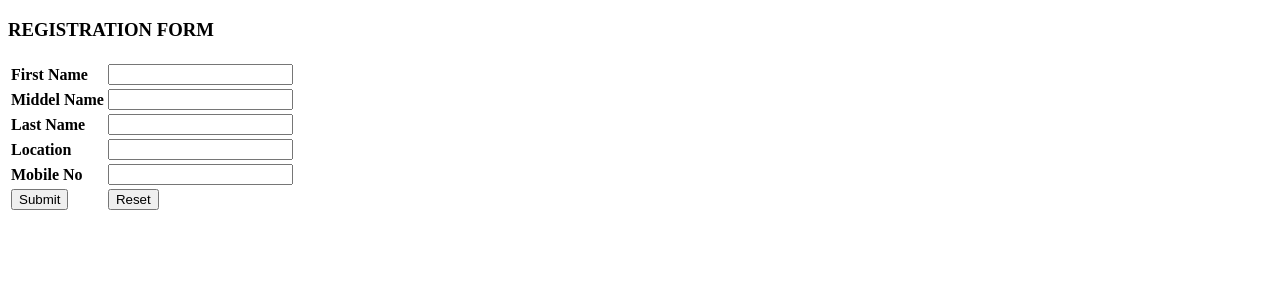
Repository: nosranijuned/WebRegister
Page: WebRegister/WebContent/index.html
These files come from the project's save history. The page is drawn as it stood at one moment and after the next save; the edit follows.
The browser window is 1280 px wide. The pictures show the whole page.

Above is the page before, as saved 2019-03-11 11:05:36.

### WebRegister/WebContent/index.html
<!DOCTYPE html>
<html>
<head>
<meta charset="ISO-8859-1">
<title>Insert title here</title>
<script type="text/javascript">
function GEEKFORGEEKS()
{
    var fname = document.forms["RegForm"]["fname"];
    var mname = document.forms["RegForm"]["mname"];
    var lname = document.forms["RegForm"]["lname"];
    var location =  document.forms["RegForm"]["loc"];
    var mobile = document.forms["RegForm"]["mob"];

    var nregx = /^[a-zA-Z ]+$/;

    if (fname.value == "" && nregx.test(fname.value))
    {
        window.alert("Please enter your first name.");
        fname.focus();
        return false;
    }

    if (mname.value == "")
    {
        window.alert("Please enter your middle name.");
        mname.focus();
        return false;
    }

    if (fname.value == "")
    {
        window.alert("Please enter your last name.");
        fname.focus();
        return false;
    }

     if (location.value == "")
    {
        window.alert("Please enter your location.");
        location.focus();
        return false;
    }

    if (mobile.value == "")
    {
        window.alert("Please enter your mobile no");
        mobile.focus();
        return flase;
    }
   return true;
}
</script>
</head>
<body>
	<form action="" onsubmit="return GEEKFORGEEKS()" method="post">
		<table>
			<tr><h3>REGISTRATION FORM </h3></tr>
			<tr><td><b>First Name</b></td><td><input type="text" name="fname"></td></tr>
			<tr><td><b>Middel Name</b></td><td><input type="text" name="mname"></td></tr>
			<tr><td><b>Last Name</b></td><td><input type="text" name="lname"></td></tr>
			<tr><td><b>Location</b></td><td><input type="text" name="loc"></td></tr>
			<tr><td><b>Mobile No</b></td><td><input type="text" name="mob"></td></tr>
			<tr><td><input type="submit" value="Submit"></td><td><input type="reset" value="Reset"></td></tr>
		</table>
	</form>
</body>
</html>

After the next save:
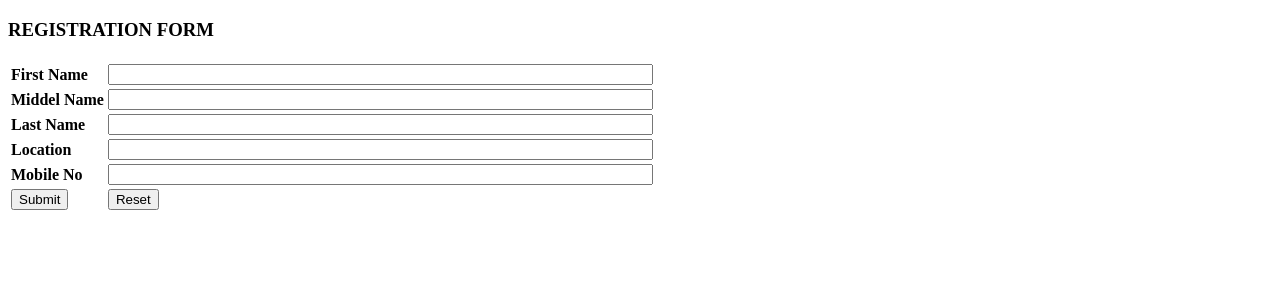
Saved 47 s later.
--- a/WebRegister/WebContent/index.html
+++ b/WebRegister/WebContent/index.html
@@ -56,11 +56,11 @@ function GEEKFORGEEKS()
 	<form action="" onsubmit="return GEEKFORGEEKS()" method="post">
 		<table>
 			<tr><h3>REGISTRATION FORM </h3></tr>
-			<tr><td><b>First Name</b></td><td><input type="text" name="fname"></td></tr>
-			<tr><td><b>Middel Name</b></td><td><input type="text" name="mname"></td></tr>
-			<tr><td><b>Last Name</b></td><td><input type="text" name="lname"></td></tr>
-			<tr><td><b>Location</b></td><td><input type="text" name="loc"></td></tr>
-			<tr><td><b>Mobile No</b></td><td><input type="text" name="mob"></td></tr>
+			<tr><td><b>First Name</b></td><td><input type="text" size="65" name="fname"></td></tr>
+			<tr><td><b>Middel Name</b></td><td><input type="text" size="65" name="mname"></td></tr>
+			<tr><td><b>Last Name</b></td><td><input type="text" size="65" name="lname"></td></tr>
+			<tr><td><b>Location</b></td><td><input type="text" size="65" name="loc"></td></tr>
+			<tr><td><b>Mobile No</b></td><td><input type="text" size="65" name="mob"></td></tr>
 			<tr><td><input type="submit" value="Submit"></td><td><input type="reset" value="Reset"></td></tr>
 		</table>
 	</form>
